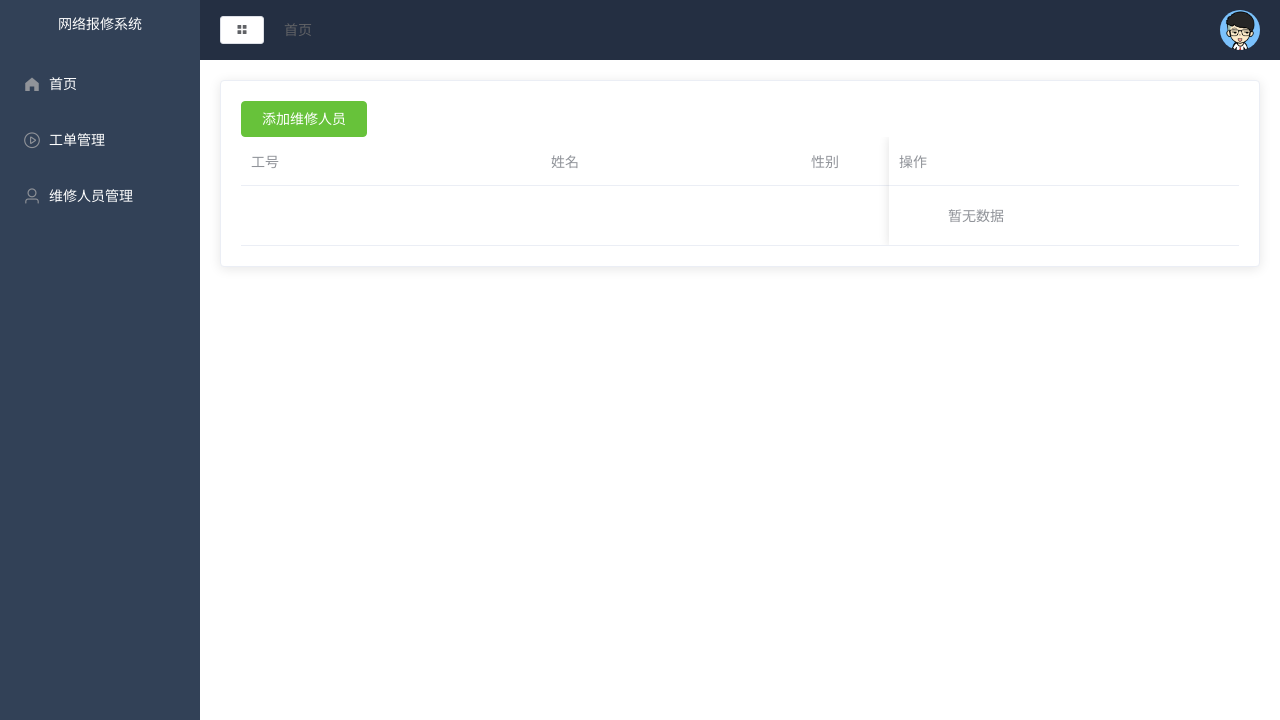
Repository: LtheW/vue
Page: /home
An editor plug-in stored every save of this project. The page is shown before and after the next save, followed by the edit.
The browser window is 1280 px wide. The pictures show the whole page.
The page's requests for data from a server got no answer. The project was rebuilt for these pictures with package versions that can differ from the ones it lists, and the page was loaded fresh each time. No one was signed in, and anything a server would have sent is missing. Also part of the build but not shown: vue.config.js, src/components/CommonTag.vue, src/views/Submit.vue, src/views/Maintainer/Add.vue.

Above is the page before, as saved 2022-03-27 11:06:33.

### src/main.js
import Vue from 'vue'
import App from './App.vue'
import router from './router'
import store from './store'
//引入element ui
import ElementUI from 'element-ui';
import 'element-ui/lib/theme-chalk/index.css';
import '@/assets/scss/reset.scss' //全局样式
import Axios from 'axios';//后台交互
import Antd from 'ant-design-vue';
import 'ant-design-vue/dist/antd.css';
import 'font-awesome/scss/font-awesome.scss'
Vue.prototype.$http=Axios
//defaults 设置全局默认路径
Axios.defaults.baseURL="/"

Vue.use(ElementUI,Antd);
Vue.config.productionTip = false

new Vue({
  router,
  store,
  render: h => h(App)
}).$mount('#app')

### src/router/index.js
import Vue from 'vue'
import VueRouter from 'vue-router'
import Main from '../views/Main.vue'
import Submit from'../views/Submit.vue'
import Maintainer_Add from'../views/Maintainer/Add.vue'
Vue.use(VueRouter)

const routes = [
  {
    path:'/login',
    name:'Login',
    component:()=>import('@/views/Login')
  },
  {

    path: '/',
    name: 'Main',
    component: Main,
    children: [
      {
        path: '/',
        name: 'search',
        component: () => import('@/views/About')
      },
      {
        path: '/form',
        name: 'form',
        component: () => import('@/views/Form/Form')
      },
      {
        path: '/home',
        name: 'home',
        component: () => import('@/views/Maintainer/Maintainer')
      },
      {
        path: '/submit',
        name: 'submit',
        component: Submit,
      },
      {
        path: '/maintainer_add',
        name: 'add',
        component: Maintainer_Add,
      },
    ]
    },


]

const router = new VueRouter({
  mode:'history',
  base: process.env.BASE_URL,
  routes
})

export default router

### src/views/Main.vue
<template>
  <el-container style="height: 100%">
    <el-aside width="auto" height="100%" ><common-aside></common-aside></el-aside>
    <el-container>
      <el-header>
        <common-header></common-header>

      </el-header>
      <el-main><router-view /></el-main>
    </el-container>
  </el-container>
</template>

<script>
import CommonAside from "../components/CommonAside.vue";
import CommonHeader from "../components/CommonHeader.vue";
import CommonTag from "../components/CommonTag.vue";
export default {
  name: "Main",
  components: { CommonAside, CommonHeader, CommonTag },
};
</script>
, CommonTab
<style lang="scss" scoped>
.el-header {
  background: #242F42;
}
.el-main {
  padding-top: 20rpx;
}
</style>

### src/views/Maintainer/Maintainer.vue

<template>
  <div>
    <el-card>
    <el-button @click="add()" type="success" size="medium">添加维修人员</el-button>
    <el-table :data="tableData" style="width: 100%" max-height="100%">
      <el-table-column fixed prop="jobNumber" label="工号" width="300">
      </el-table-column>
      <el-table-column prop="name" label="姓名" width="260"> </el-table-column>
      <el-table-column prop="sex" label="性别" width="260"> </el-table-column>
      <el-table-column prop="contactInformation" label="联系方式" width="300">
      </el-table-column>
      <el-table-column fixed="right" label="操作" width="350">
        <template slot-scope="scope">
          <el-button @click="Booking(scope.row)" type="danger" size="small">
            删除
          </el-button>
        </template>
      </el-table-column>
    </el-table>
    </el-card>
  </div>
</template>

<script>
export default {
  methods: {
    add() {
      this.$router.push({
        name: "add"
      });
    },
    Booking(row) {
    this.$http({
        url: "/api/administer/deletemaintainer",
        method: "delete",
        headers: { "X-Requested-With": "XMLHttpRequest" },
        params: {
          administer_number: this.$store.state.administer_number,
          maintainer_number: row.jobNumber,
          passport: this.$store.state.password,
        }, //传值 如：params:{id:1,name:"gw"}
      }).then((res) => {
        console.log("删除成功");
        console.log(res);
        this.$router.go(0);
      });
    },
  },
  data() {
    return {
      tableData: [],
      state: ["待维修", "维修中", "维修完成"],
    };
  },
  created() {
    this.$http({
      url: "/api/administer/maintainerlist",
      method: "get",
      headers: { "X-Requested-With": "XMLHttpRequest" },
    }).then((res) => {
      console.log("数据接收");
      this.tableData = res.data.data;

      console.log(res);
    });
  },
};
</script>

### src/store/tab.js
export default{
    state:{
        isCollapse: false
    },
    mutations:{
        collapseMenu(state){
            state.isCollapse=!state.isCollapse
        }
    }
}

### src/components/CommonAside.vue
<template>
  <el-menu
    class="el-menu-vertical-demo"
    :collapse="isCollapse"
    background-color="#324157"
    text-color="#fff"
    active-text-color="#ffd04b"
  >
    <h3 v-show="!isCollapse">网络报修系统</h3>
    <h3 v-show="isCollapse">后台</h3>
    <el-menu-item
      :index="item.path"
      v-for="item in noChildren"
      :key="item.path"
      @click="clickMenu(item)"
    >
      <i :class="'el-icon-' + item.icon"></i>
      <span slot="title">{{ item.label }}</span>
    </el-menu-item>
    <el-submenu :index="item.label" v-for="item in hasChildren" :key="item.path">
      <template slot="title">
        <i :class="'el-icon-' + item.icon"></i>
        <span slot="title">{{ item.label }}</span>
      </template>
      <el-menu-item-group>
        <el-menu-item
          :index="subItem.path"
          v-for="(subItem, subIndex) in item.children"
          :key="subIndex"
          @click="clickMenu(item)"
        >
          <i :class="'el-icon-' + subItem.icon"></i>
          <span slot="title">{{ subItem.label }}</span>
        </el-menu-item>
      </el-menu-item-group>
    </el-submenu>
  </el-menu>
</template>

<script>
export default {
  data() {
    return {
      menu: [
        {
          path: "/",
          name: "search",
          label: "首页",
          icon: "s-home",
          url: "Maintainer/Maintainer",
        },
        {
          path: "/form",
          name: "form",
          label: "工单管理",
          icon: "video-play",
          url: "Form/Form",
        },
        {
          path: "/home",
          name: "home",
          label: "维修人员管理",
          icon: "user",
          url: "Home/Home",
        },
      ],
    };
  },
  methods: {
    // handleOpen(key, keyPath) {
    //   console.log(key, keyPath);
    // },
    // handleClose(key, keyPath) {
    //   console.log(key, keyPath);
    // },
    clickMenu(item) {
      this.$router.push({ name: item.name });
      this.$store.commit("selectMenu", item);
    },
  },
  computed: {
    noChildren() {
      return this.menu.filter((item) => !item.children);
    },
    hasChildren() {
      return this.menu.filter((item) => item.children);
    },
    isCollapse() {
      return this.$store.state.tab.isCollapse;
    },
  },
};
</script>

<style lang="scss" scoped>
.el-menu {
  height: 100%;
  border: none;
  h3 {
    color: #ffffff;
    text-align: center;
    line-height: 48px;
  }
}
.el-menu-vertical-demo:not(.el-menu--collapse) {
  width: 200px;
  min-height: 100vh;
}
</style>

### src/components/CommonHeader.vue
<template>
  <header>
    <div class="l-content">
      <el-button plain icon="el-icon-menu" size="mini" @click="handleMenu"></el-button>
      <el-breadcrumb>
        <el-breadcrumb-item :to="{ path: '/' }">首页</el-breadcrumb-item>
        <el-breadcrumb-item :to="current.path" v-if="current">{{
          current.label
        }}</el-breadcrumb-item>
      </el-breadcrumb>
    </div>
    <div class="r-content">
      <el-dropdown trigger="click" size="mini">
        <span class="el-dropdown-link">
          <img :src="userImg" class="user" />
        </span>
        <el-dropdown-menu slot="dropdown">
          <el-dropdown-item>个人中心</el-dropdown-item>
          <el-dropdown-item @click.native="logOut">退出</el-dropdown-item>
        </el-dropdown-menu>
      </el-dropdown>
    </div>
  </header>
</template>

<script>
import { mapState } from "vuex";
export default {
  data() {
    return {
      userImg: require("../assets/images/user.png"),
    };
  },
  methods: {
    handleMenu() {
      this.$store.commit("collapseMenu");
    },
    logOut() {
      this.$store.commit("clearToken");
      this.$store.commit("clearMenu");
      // location.reload();
      this.$router.push("/login");
    },
  },
  computed: {
    ...mapState({
      current: (state) => state.tab.currentMenu,
    }),
  },
};
</script>

<style lang="scss" scoped>
header {
  display: flex;
  height: 100%;
  align-items: center;
  justify-content: space-between;
}

.l-content {
  display: flex;
  align-items: center;
  .el-button {
    margin-right: 20px;
  }
}

.r-content {
  .user {
    width: 40px;
    height: 40px;
    border-radius: 50%;
  }
}
</style>

<style lang="scss">
.el-breadcrumb__item {
  .el-breadcrumb__inner {
    color: #666;
    font-weight: normal;
  }
  &:last-child {
    .el-breadcrumb__inner {
      color: white;
    }
  }
}
</style>

Loaded but not shown: public/index.html (common file); src/App.vue (common file); src/store/index.js (common file); src/assets/scss/reset.scss (common file)

After the next save:
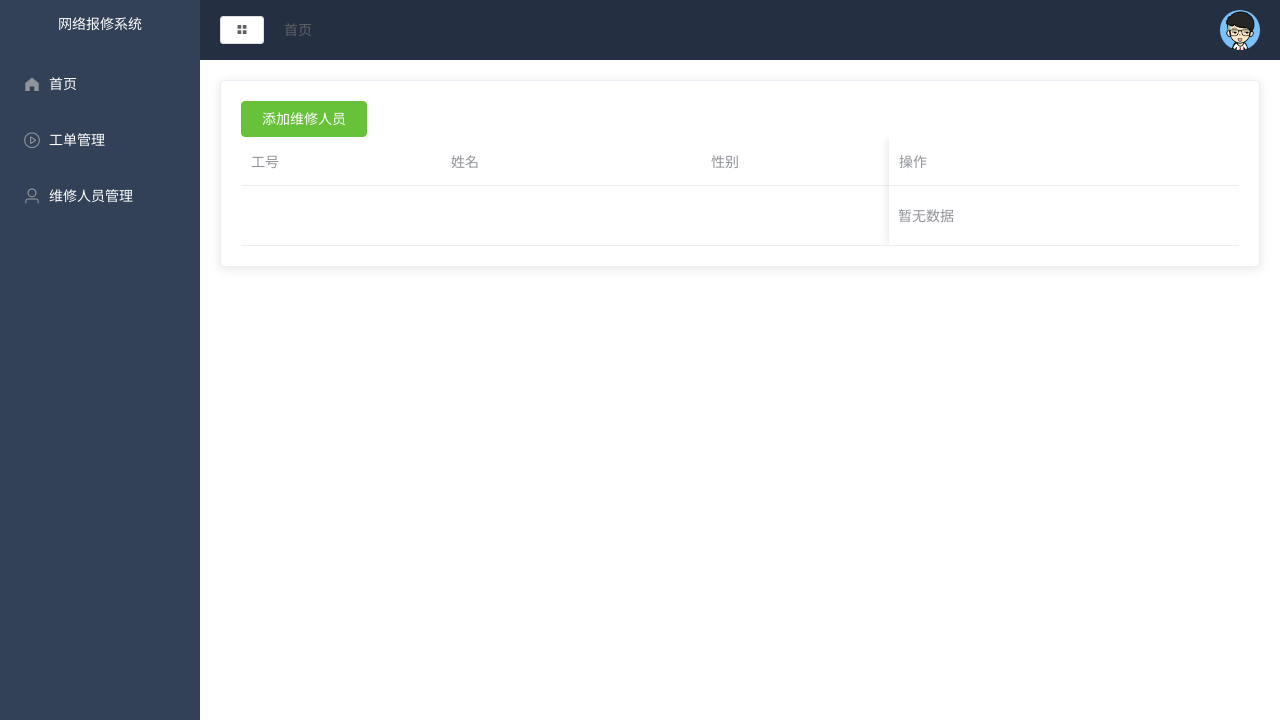
Saved 26 s later.
--- a/src/views/Maintainer/Maintainer.vue
+++ b/src/views/Maintainer/Maintainer.vue
@@ -4,7 +4,7 @@
     <el-card>
     <el-button @click="add()" type="success" size="medium">添加维修人员</el-button>
     <el-table :data="tableData" style="width: 100%" max-height="100%">
-      <el-table-column fixed prop="jobNumber" label="工号" width="300">
+      <el-table-column fixed prop="jobNumber" label="工号" width="200">
       </el-table-column>
       <el-table-column prop="name" label="姓名" width="260"> </el-table-column>
       <el-table-column prop="sex" label="性别" width="260"> </el-table-column>
